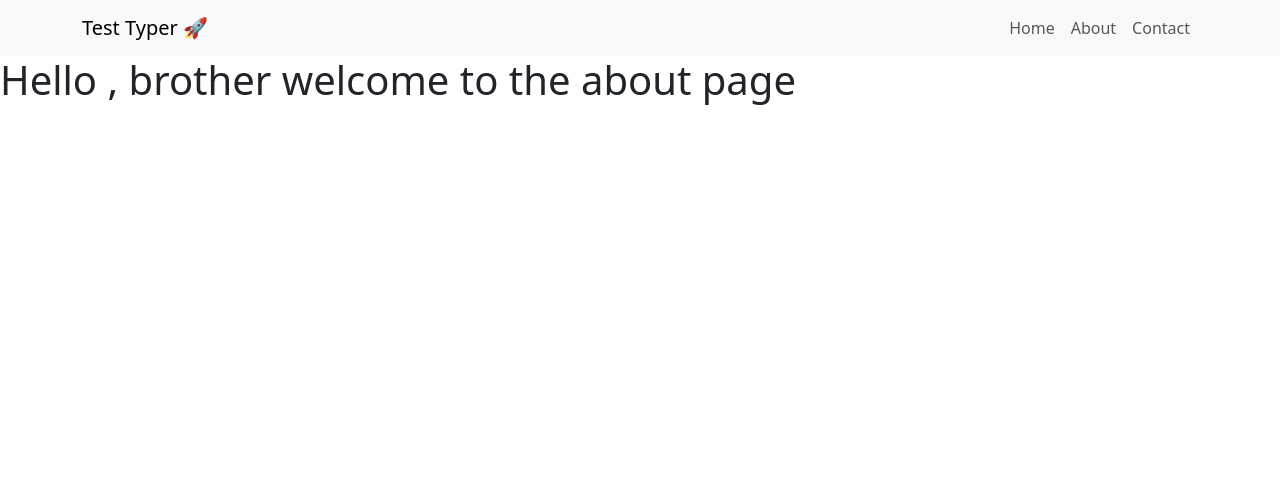
Repository: SHAHZADcodr/typing-test-react
Page: /about
These files come from the project's save history. The page is drawn as it stood at one moment and after the next save; the edit follows.
The browser window is 1280 px wide. The pictures show the whole page.
The project was rebuilt for these pictures with package versions that can differ from the ones it lists, and the page was loaded fresh each time. Also part of the build but not shown: src/App.css, src/pages/Home.jsx, src/pages/Contact.jsx.

Above is the page before, as saved 2025-04-07 18:57:22.

After the next save:
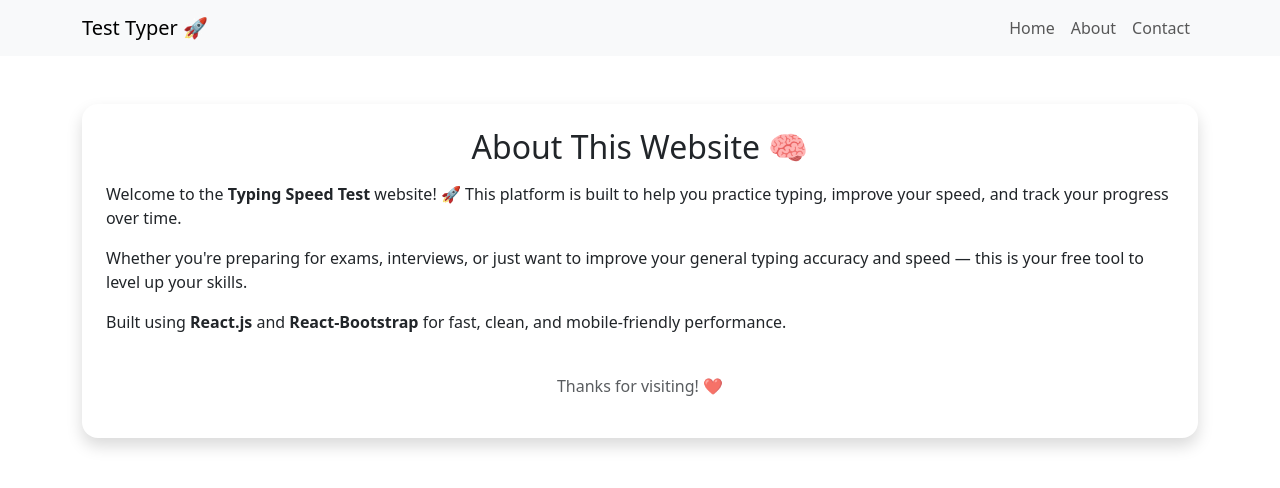
Saved 6 h 11 min later.
--- a/src/pages/About.jsx
+++ b/src/pages/About.jsx
@@ -1,8 +1,25 @@
+// src/pages/About.jsx
+import React from 'react';
+import { Container, Card } from 'react-bootstrap';
+
 const About = () => {
-    return (
-  <h1>Hello , brother welcome to the about page</h1>
-
-    );
-}
+  return (
+    <Container className="mt-5">
+      <Card className="shadow p-4 border-0 rounded-4">
+        <h2 className="mb-3 text-center">About This Website 🧠</h2>
+        <p>
+          Welcome to the <strong>Typing Speed Test</strong> website! 🚀 This platform is built to help you practice typing, improve your speed, and track your progress over time.
+        </p>
+        <p>
+          Whether you're preparing for exams, interviews, or just want to improve your general typing accuracy and speed — this is your free tool to level up your skills.
+        </p>
+        <p>
+          Built using <strong>React.js</strong> and <strong>React-Bootstrap</strong> for fast, clean, and mobile-friendly performance.
+        </p>
+        <p className="text-muted text-center mt-4">Thanks for visiting! ❤️</p>
+      </Card>
+    </Container>
+  );
+};
 
 export default About;
